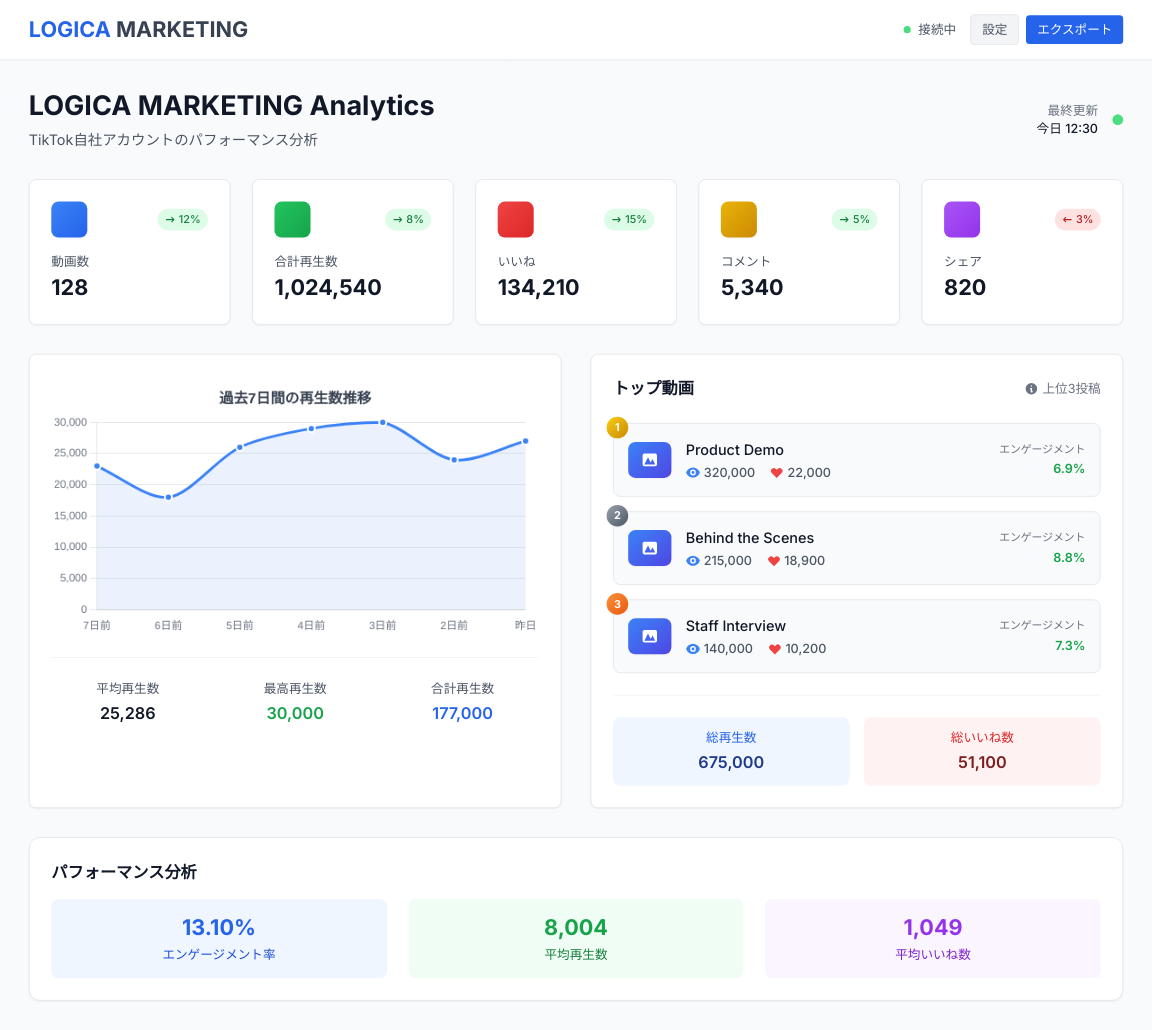
Repository: masayasusuzuki/LogicaMarketingTool
Page: /dashboard
An editor plug-in stored every save of this project. The page is shown before and after the next save, followed by the edit.
The browser window is 1280 px wide. The pictures show the whole page, at 90% of full size.
The project was rebuilt for these pictures with package versions that can differ from the ones it lists, and the page was loaded fresh each time. The framework's server and built-in components were replaced by stand-ins that run in the browser. Also part of the build but not shown: next.config.js.

Above is the page before, as saved 2025-08-07 12:41:21.

### src/app/layout.tsx
import type { Metadata } from 'next'
import { Inter } from 'next/font/google'
import './globals.css'

const inter = Inter({ subsets: ['latin'] })

export const metadata: Metadata = {
  title: 'LOGICA MARKETING - TikTok Analytics',
  description: 'TikTok Corporate Account Analytics Dashboard',
}

export default function RootLayout({
  children,
}: {
  children: React.ReactNode
}) {
  return (
    <html lang="en">
      <body className={inter.className}>{children}</body>
    </html>
  )
}

### src/app/dashboard/page.tsx
'use client'

import Link from 'next/link'
import { mockTikTokData } from '@/data/mockData'
import KPICard from '@/components/KPICard'
import ViewsChart from '@/components/ViewsChart'
import TopVideos from '@/components/TopVideos'

export default function Dashboard() {
  return (
    <div className="min-h-screen bg-gray-50">
      {/* ヘッダー */}
      <header className="bg-white shadow-sm border-b border-gray-200 sticky top-0 z-50">
        <div className="max-w-7xl mx-auto px-4 sm:px-6 lg:px-8">
          <div className="flex justify-between items-center py-4">
            <div className="flex items-center">
              <Link href="/" className="text-2xl font-bold hover:opacity-80 transition-opacity">
                <span className="text-blue-600">LOGICA</span>
                <span className="text-gray-700"> MARKETING</span>
              </Link>
            </div>
            <div className="flex items-center space-x-4">
              <div className="flex items-center text-sm text-gray-600">
                <div className="w-2 h-2 bg-green-400 rounded-full mr-2"></div>
                接続中
              </div>
              <div className="flex items-center space-x-2">
                <button className="px-3 py-1.5 bg-gray-100 text-gray-600 rounded text-sm font-medium border border-gray-200">
                  設定
                </button>
                <button className="px-3 py-1.5 bg-blue-600 text-white rounded text-sm font-medium hover:bg-blue-700 transition-colors">
                  エクスポート
                </button>
              </div>
            </div>
          </div>
        </div>
      </header>

      {/* メインコンテンツ */}
      <main className="max-w-7xl mx-auto px-4 sm:px-6 lg:px-8 py-8">
        {/* ページタイトル */}
        <div className="mb-8">
          <div className="flex items-center justify-between">
            <div>
              <h1 className="text-3xl font-bold text-gray-900 mb-2">LOGICA MARKETING Analytics</h1>
              <p className="text-gray-600">TikTok自社アカウントのパフォーマンス分析</p>
            </div>
            <div className="flex items-center space-x-4">
              <div className="text-right">
                <p className="text-sm text-gray-500">最終更新</p>
                <p className="text-sm font-medium text-gray-900">今日 12:30</p>
              </div>
              <div className="w-3 h-3 bg-green-400 rounded-full"></div>
            </div>
          </div>
        </div>

        {/* KPIサマリーカード */}
        <div className="grid grid-cols-1 md:grid-cols-2 lg:grid-cols-5 gap-6 mb-8">
          <KPICard
            title="動画数"
            value={mockTikTokData.total_videos}
            icon={
              <svg fill="currentColor" viewBox="0 0 20 20">
                <path fillRule="evenodd" d="M4 3a2 2 0 00-2 2v10a2 2 0 002 2h12a2 2 0 002-2V5a2 2 0 00-2-2H4zm12 12H4l4-8 3 6 2-4 3 6z" clipRule="evenodd"/>
              </svg>
            }
            color="from-blue-500 to-blue-600"
            trend={{ value: 12, isPositive: true }}
          />
          <KPICard
            title="合計再生数"
            value={mockTikTokData.total_views}
            icon={
              <svg fill="currentColor" viewBox="0 0 20 20">
                <path d="M10 12a2 2 0 100-4 2 2 0 000 4z"/>
                <path fillRule="evenodd" d="M.458 10C1.732 5.943 5.522 3 10 3s8.268 2.943 9.542 7c-1.274 4.057-5.064 7-9.542 7S1.732 14.057.458 10zM14 10a4 4 0 11-8 0 4 4 0 018 0z" clipRule="evenodd"/>
              </svg>
            }
            color="from-green-500 to-green-600"
            trend={{ value: 8, isPositive: true }}
          />
          <KPICard
            title="いいね"
            value={mockTikTokData.total_likes}
            icon={
              <svg fill="currentColor" viewBox="0 0 20 20">
                <path fillRule="evenodd" d="M3.172 5.172a4 4 0 015.656 0L10 6.343l1.172-1.171a4 4 0 115.656 5.656L10 17.657l-6.828-6.829a4 4 0 010-5.656z" clipRule="evenodd"/>
              </svg>
            }
            color="from-red-500 to-red-600"
            trend={{ value: 15, isPositive: true }}
          />
          <KPICard
            title="コメント"
            value={mockTikTokData.total_comments}
            icon={
              <svg fill="currentColor" viewBox="0 0 20 20">
                <path fillRule="evenodd" d="M18 10c0 3.866-3.582 7-8 7a8.841 8.841 0 01-4.083-.98L2 17l1.338-3.123C2.493 12.767 2 11.434 2 10c0-3.866 3.582-7 8-7s8 3.134 8 7zM7 9H5v2h2V9zm8 0h-2v2h2V9zM9 9h2v2H9V9z" clipRule="evenodd"/>
              </svg>
            }
            color="from-yellow-500 to-yellow-600"
            trend={{ value: 5, isPositive: true }}
          />
          <KPICard
            title="シェア"
            value={mockTikTokData.total_shares}
            icon={
              <svg fill="currentColor" viewBox="0 0 20 20">
                <path d="M15 8a3 3 0 10-2.977-2.63l-4.94 2.47a3 3 0 100 4.319l4.94 2.47a3 3 0 10.895-1.789l-4.94-2.47a3.027 3.027 0 000-.74l4.94-2.47C13.456 7.68 14.19 8 15 8z"/>
              </svg>
            }
            color="from-purple-500 to-purple-600"
            trend={{ value: 3, isPositive: false }}
          />
        </div>

        {/* グラフとトップ動画 */}
        <div className="grid grid-cols-1 lg:grid-cols-2 gap-8 mb-8">
          <ViewsChart dailyViews={mockTikTokData.daily_views} />
          <TopVideos videos={mockTikTokData.top_videos} />
        </div>

        {/* 追加の分析セクション */}
        <div className="bg-white rounded-xl shadow-sm border border-gray-200 p-6">
          <h3 className="text-lg font-semibold text-gray-900 mb-4">パフォーマンス分析</h3>
          <div className="grid grid-cols-1 md:grid-cols-3 gap-6">
            <div className="text-center p-4 bg-blue-50 rounded-lg">
              <div className="text-2xl font-bold text-blue-600 mb-1">
                {((mockTikTokData.total_likes / mockTikTokData.total_views) * 100).toFixed(2)}%
              </div>
              <div className="text-sm text-blue-700 font-medium">エンゲージメント率</div>
            </div>
            <div className="text-center p-4 bg-green-50 rounded-lg">
              <div className="text-2xl font-bold text-green-600 mb-1">
                {Math.round(mockTikTokData.total_views / mockTikTokData.total_videos).toLocaleString()}
              </div>
              <div className="text-sm text-green-700 font-medium">平均再生数</div>
            </div>
            <div className="text-center p-4 bg-purple-50 rounded-lg">
              <div className="text-2xl font-bold text-purple-600 mb-1">
                {Math.round(mockTikTokData.total_likes / mockTikTokData.total_videos).toLocaleString()}
              </div>
              <div className="text-sm text-purple-700 font-medium">平均いいね数</div>
            </div>
          </div>
        </div>
      </main>
    </div>
  )
}

### src/app/globals.css
@tailwind base;
@tailwind components;
@tailwind utilities;

:root {
  --foreground-rgb: 0, 0, 0;
  --background-start-rgb: 214, 219, 220;
  --background-end-rgb: 255, 255, 255;
  --tiktok-pink: #fe2c55;
  --tiktok-black: #121212;
  --tiktok-gray: #8e8e93;
}

@media (prefers-color-scheme: dark) {
  :root {
    --foreground-rgb: 255, 255, 255;
    --background-start-rgb: 0, 0, 0;
    --background-end-rgb: 0, 0, 0;
  }
}

body {
  color: rgb(var(--foreground-rgb));
  background: linear-gradient(
      to bottom,
      transparent,
      rgb(var(--background-end-rgb))
    )
    rgb(var(--background-start-rgb));
}

@layer utilities {
  .text-balance {
    text-wrap: balance;
  }
}

/* カスタムカラーの直接定義 */
.bg-tiktok-pink {
  background-color: var(--tiktok-pink);
}

.text-tiktok-pink {
  color: var(--tiktok-pink);
}

.border-tiktok-pink {
  border-color: var(--tiktok-pink);
}

.bg-tiktok-black {
  background-color: var(--tiktok-black);
}

.text-tiktok-black {
  color: var(--tiktok-black);
}

.bg-tiktok-gray {
  background-color: var(--tiktok-gray);
}

.text-tiktok-gray {
  color: var(--tiktok-gray);
}

/* グラデーション */
.from-tiktok-pink {
  --tw-gradient-from: var(--tiktok-pink);
  --tw-gradient-stops: var(--tw-gradient-from), var(--tw-gradient-to, rgba(254, 44, 85, 0));
}

.to-tiktok-pink {
  --tw-gradient-to: var(--tiktok-pink);
}

/* シャドウ */
.shadow-tiktok-pink\/25 {
  box-shadow: 0 25px 50px -12px rgba(254, 44, 85, 0.25);
}

### src/data/mockData.ts
export interface TikTokData {
  total_videos: number;
  total_views: number;
  total_likes: number;
  total_comments: number;
  total_shares: number;
  daily_views: number[];
  top_videos: {
    title: string;
    views: number;
    likes: number;
  }[];
}

export const mockTikTokData: TikTokData = {
  total_videos: 128,
  total_views: 1024540,
  total_likes: 134210,
  total_comments: 5340,
  total_shares: 820,
  daily_views: [23000, 18000, 26000, 29000, 30000, 24000, 27000],
  top_videos: [
    { title: "Product Demo", views: 320000, likes: 22000 },
    { title: "Behind the Scenes", views: 215000, likes: 18900 },
    { title: "Staff Interview", views: 140000, likes: 10200 }
  ]
};

### src/components/KPICard.tsx
interface KPICardProps {
  title: string;
  value: string | number;
  icon: React.ReactNode;
  color: string;
  trend?: {
    value: number;
    isPositive: boolean;
  };
}

export default function KPICard({ title, value, icon, color, trend }: KPICardProps) {
  return (
    <div className="group relative bg-white rounded-lg shadow-sm hover:shadow-md transition-all duration-200 overflow-hidden border border-gray-200">
      <div className="p-6">
        <div className="flex items-center justify-between mb-4">
          <div className={`w-10 h-10 rounded-lg bg-gradient-to-br ${color} flex items-center justify-center shadow-sm`}>
            <div className="text-white text-lg">
              {icon}
            </div>
          </div>

          {trend && (
            <div className={`flex items-center px-2 py-1 rounded-full text-xs font-medium ${
              trend.isPositive
                ? 'bg-green-100 text-green-700'
                : 'bg-red-100 text-red-700'
            }`}>
              <svg className={`w-3 h-3 mr-1 ${trend.isPositive ? 'rotate-0' : 'rotate-180'}`} fill="currentColor" viewBox="0 0 20 20">
                <path fillRule="evenodd" d="M12.293 5.293a1 1 0 011.414 0l4 4a1 1 0 010 1.414l-4 4a1 1 0 01-1.414-1.414L14.586 11H3a1 1 0 110-2h11.586l-2.293-2.293a1 1 0 010-1.414z" clipRule="evenodd"/>
              </svg>
              {trend.value}%
            </div>
          )}
        </div>

        <div>
          <p className="text-sm font-medium text-gray-600 mb-1">{title}</p>
          <p className="text-2xl font-bold text-gray-900">
            {typeof value === 'number' ? value.toLocaleString() : value}
          </p>
        </div>
      </div>
    </div>
  );
}

### src/components/ViewsChart.tsx
'use client'

import {
  Chart as ChartJS,
  CategoryScale,
  LinearScale,
  PointElement,
  LineElement,
  Title,
  Tooltip,
  Legend,
  Filler,
} from 'chart.js';
import { Line } from 'react-chartjs-2';

ChartJS.register(
  CategoryScale,
  LinearScale,
  PointElement,
  LineElement,
  Title,
  Tooltip,
  Legend,
  Filler
);

interface ViewsChartProps {
  dailyViews: number[];
}

export default function ViewsChart({ dailyViews }: ViewsChartProps) {
  const options = {
    responsive: true,
    maintainAspectRatio: false,
    plugins: {
      legend: {
        display: false,
      },
      title: {
        display: true,
        text: '過去7日間の再生数推移',
        font: {
          size: 16,
          weight: '600',
        },
        color: '#374151',
        padding: 16,
      },
      tooltip: {
        backgroundColor: 'rgba(0, 0, 0, 0.8)',
        titleColor: '#fff',
        bodyColor: '#fff',
        borderColor: '#3B82F6',
        borderWidth: 1,
        cornerRadius: 6,
        displayColors: false,
        callbacks: {
          label: function(context: any) {
            return `再生数: ${context.parsed.y.toLocaleString()}`;
          }
        }
      }
    },
    scales: {
      x: {
        grid: {
          display: false,
        },
        ticks: {
          color: '#6B7280',
          font: {
            weight: '500',
          }
        }
      },
      y: {
        beginAtZero: true,
        grid: {
          color: '#E5E7EB',
          drawBorder: false,
        },
        ticks: {
          color: '#6B7280',
          font: {
            weight: '500',
          },
          callback: function(value: any) {
            return value.toLocaleString();
          }
        }
      }
    },
    elements: {
      point: {
        radius: 4,
        hoverRadius: 6,
        backgroundColor: '#3B82F6',
        borderColor: '#fff',
        borderWidth: 2,
      },
      line: {
        tension: 0.3,
      }
    }
  };

  const labels = ['7日前', '6日前', '5日前', '4日前', '3日前', '2日前', '昨日'];

  const data = {
    labels,
    datasets: [
      {
        label: '再生数',
        data: dailyViews,
        borderColor: '#3B82F6',
        backgroundColor: 'rgba(59, 130, 246, 0.1)',
        fill: true,
        pointBackgroundColor: '#3B82F6',
        pointBorderColor: '#fff',
        pointBorderWidth: 2,
        pointRadius: 4,
        pointHoverRadius: 6,
      },
    ],
  };

  return (
    <div className="bg-white rounded-lg shadow-sm p-6 border border-gray-200">
      <div className="h-72">
        <Line options={options} data={data} />
      </div>

      {/* 統計情報 */}
      <div className="mt-6 pt-6 border-t border-gray-100">
        <div className="grid grid-cols-3 gap-4">
          <div className="text-center">
            <p className="text-sm text-gray-600 mb-1">平均再生数</p>
            <p className="text-lg font-semibold text-gray-900">
              {Math.round(dailyViews.reduce((a, b) => a + b, 0) / dailyViews.length).toLocaleString()}
            </p>
          </div>
          <div className="text-center">
            <p className="text-sm text-gray-600 mb-1">最高再生数</p>
            <p className="text-lg font-semibold text-green-600">
              {Math.max(...dailyViews).toLocaleString()}
            </p>
          </div>
          <div className="text-center">
            <p className="text-sm text-gray-600 mb-1">合計再生数</p>
            <p className="text-lg font-semibold text-blue-600">
              {dailyViews.reduce((a, b) => a + b, 0).toLocaleString()}
            </p>
          </div>
        </div>
      </div>
    </div>
  );
}

Loaded but not shown: tailwind.config.js (27 lines, source omitted); src/components/TopVideos.tsx (107 lines, source omitted)

After the next save:
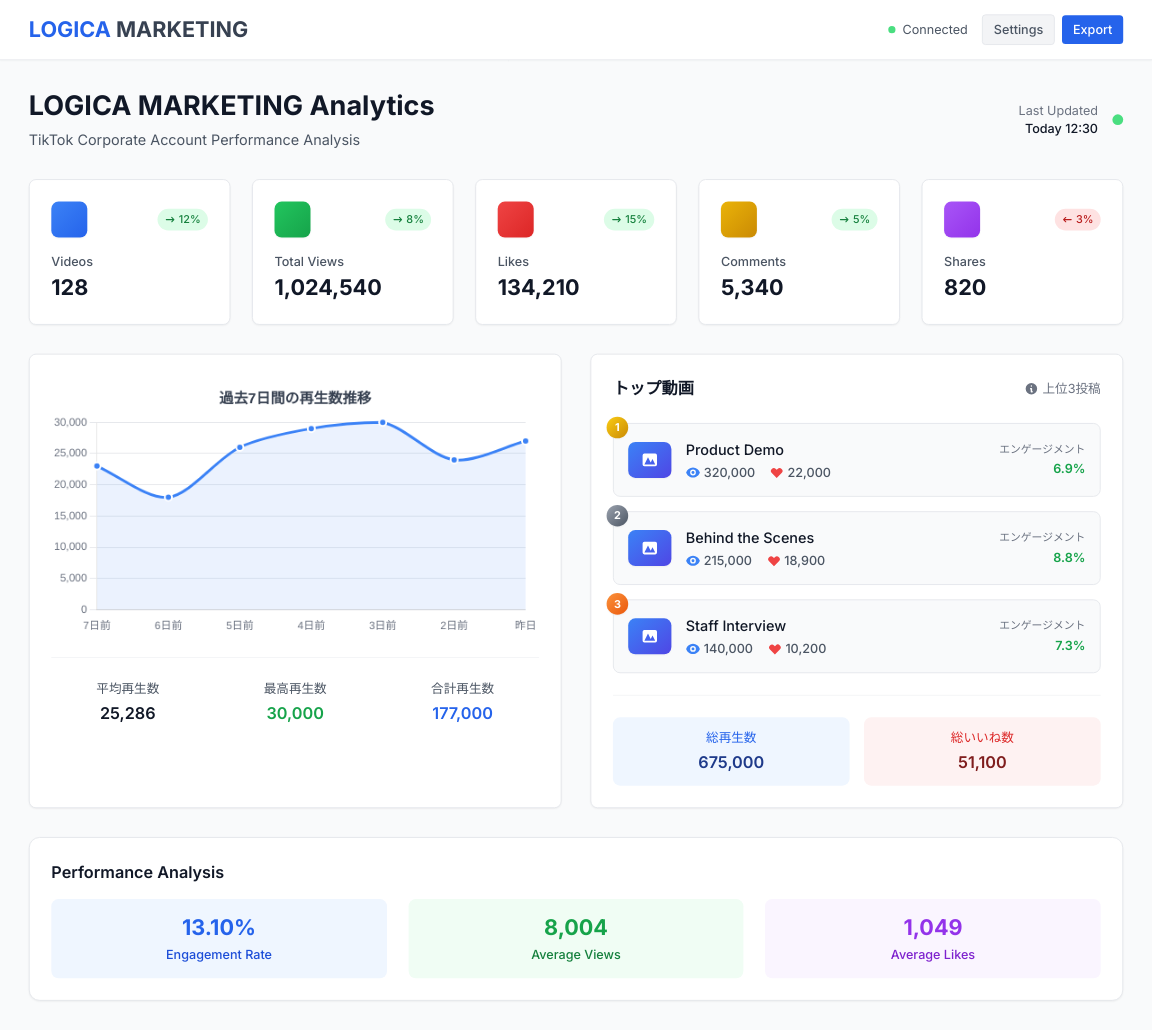
Saved 47 s later.
--- a/src/app/dashboard/page.tsx
+++ b/src/app/dashboard/page.tsx
@@ -22,14 +22,14 @@
             <div className="flex items-center space-x-4">
               <div className="flex items-center text-sm text-gray-600">
                 <div className="w-2 h-2 bg-green-400 rounded-full mr-2"></div>
-                接続中
+                Connected
               </div>
               <div className="flex items-center space-x-2">
                 <button className="px-3 py-1.5 bg-gray-100 text-gray-600 rounded text-sm font-medium border border-gray-200">
-                  設定
+                  Settings
                 </button>
                 <button className="px-3 py-1.5 bg-blue-600 text-white rounded text-sm font-medium hover:bg-blue-700 transition-colors">
-                  エクスポート
+                  Export
                 </button>
               </div>
             </div>
@@ -44,12 +44,12 @@
           <div className="flex items-center justify-between">
             <div>
               <h1 className="text-3xl font-bold text-gray-900 mb-2">LOGICA MARKETING Analytics</h1>
-              <p className="text-gray-600">TikTok自社アカウントのパフォーマンス分析</p>
+              <p className="text-gray-600">TikTok Corporate Account Performance Analysis</p>
             </div>
             <div className="flex items-center space-x-4">
               <div className="text-right">
-                <p className="text-sm text-gray-500">最終更新</p>
-                <p className="text-sm font-medium text-gray-900">今日 12:30</p>
+                <p className="text-sm text-gray-500">Last Updated</p>
+                <p className="text-sm font-medium text-gray-900">Today 12:30</p>
               </div>
               <div className="w-3 h-3 bg-green-400 rounded-full"></div>
             </div>
@@ -59,7 +59,7 @@
         {/* KPIサマリーカード */}
         <div className="grid grid-cols-1 md:grid-cols-2 lg:grid-cols-5 gap-6 mb-8">
           <KPICard
-            title="動画数"
+            title="Videos"
             value={mockTikTokData.total_videos}
             icon={
               <svg fill="currentColor" viewBox="0 0 20 20">
@@ -70,7 +70,7 @@
             trend={{ value: 12, isPositive: true }}
           />
           <KPICard
-            title="合計再生数"
+            title="Total Views"
             value={mockTikTokData.total_views}
             icon={
               <svg fill="currentColor" viewBox="0 0 20 20">
@@ -82,7 +82,7 @@
             trend={{ value: 8, isPositive: true }}
           />
           <KPICard
-            title="いいね"
+            title="Likes"
             value={mockTikTokData.total_likes}
             icon={
               <svg fill="currentColor" viewBox="0 0 20 20">
@@ -93,7 +93,7 @@
             trend={{ value: 15, isPositive: true }}
           />
           <KPICard
-            title="コメント"
+            title="Comments"
             value={mockTikTokData.total_comments}
             icon={
               <svg fill="currentColor" viewBox="0 0 20 20">
@@ -104,7 +104,7 @@
             trend={{ value: 5, isPositive: true }}
           />
           <KPICard
-            title="シェア"
+            title="Shares"
             value={mockTikTokData.total_shares}
             icon={
               <svg fill="currentColor" viewBox="0 0 20 20">
@@ -124,25 +124,25 @@
 
         {/* 追加の分析セクション */}
         <div className="bg-white rounded-xl shadow-sm border border-gray-200 p-6">
-          <h3 className="text-lg font-semibold text-gray-900 mb-4">パフォーマンス分析</h3>
+          <h3 className="text-lg font-semibold text-gray-900 mb-4">Performance Analysis</h3>
           <div className="grid grid-cols-1 md:grid-cols-3 gap-6">
             <div className="text-center p-4 bg-blue-50 rounded-lg">
               <div className="text-2xl font-bold text-blue-600 mb-1">
                 {((mockTikTokData.total_likes / mockTikTokData.total_views) * 100).toFixed(2)}%
               </div>
-              <div className="text-sm text-blue-700 font-medium">エンゲージメント率</div>
+              <div className="text-sm text-blue-700 font-medium">Engagement Rate</div>
             </div>
             <div className="text-center p-4 bg-green-50 rounded-lg">
               <div className="text-2xl font-bold text-green-600 mb-1">
                 {Math.round(mockTikTokData.total_views / mockTikTokData.total_videos).toLocaleString()}
               </div>
-              <div className="text-sm text-green-700 font-medium">平均再生数</div>
+              <div className="text-sm text-green-700 font-medium">Average Views</div>
             </div>
             <div className="text-center p-4 bg-purple-50 rounded-lg">
               <div className="text-2xl font-bold text-purple-600 mb-1">
                 {Math.round(mockTikTokData.total_likes / mockTikTokData.total_videos).toLocaleString()}
               </div>
-              <div className="text-sm text-purple-700 font-medium">平均いいね数</div>
+              <div className="text-sm text-purple-700 font-medium">Average Likes</div>
             </div>
           </div>
         </div>
